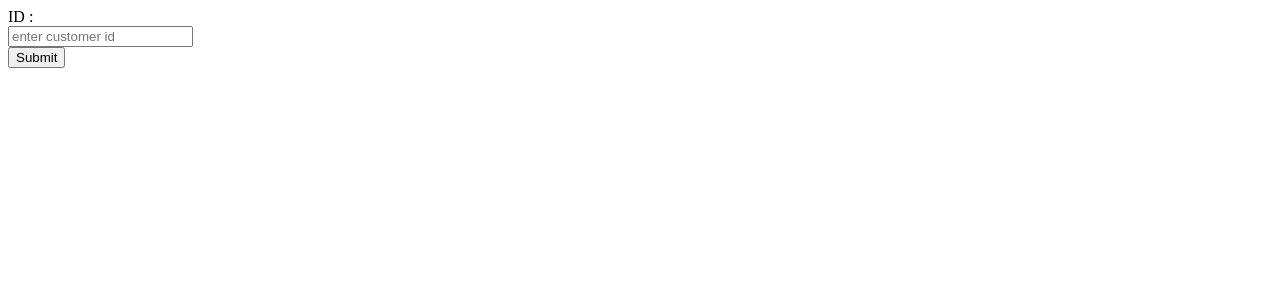
Repository: Sridharreddy597/bcjdecember2016git
Page: http://localhost/restclientAJAX/views/delfrm.jsp
An editor plug-in stored every save of this project. The page is shown before and after the next save, followed by the edit.
The browser window is 1280 px wide. The pictures show the whole page.
Some web libraries are served in a nearby version. The page is served by Tomcat 9. Nobody is signed in. The application's start-up code is not run. Other server files are loaded and not shown.

Above is the page before, as saved 2017-06-16 15:26:18.

### restclientAJAX/src/main/webapp/views/delfrm.jsp
<%@ page language="java" contentType="text/html; charset=ISO-8859-1"
	pageEncoding="ISO-8859-1"%>


<!DOCTYPE html PUBLIC "-//W3C//DTD HTML 4.01 Transitional//EN" "http://www.w3.org/TR/html4/loose.dtd">
<html>
<head>
<meta http-equiv="Content-Type" content="text/html; charset=ISO-8859-1">
<title>Insert title here</title>



<script
	src="https://ajax.googleapis.com/ajax/libs/jquery/3.2.1/jquery.min.js"></script>

</head>
<body>
<div>

	<form commandName="cust" action="delfrm" method="DELETE" id="submitdelForm">
		ID :<br> <input type="text" class="form-control" name="id" id="id"
			placeholder="enter customer id " required> <br> <input
			type="submit" value="Submit">
	</form>
	<div  id="result3"> </div>
</div>

	<script>

		$(document).ready(function() {
		$('#submitdelForm').submit(function(e) {
		e.preventDefault();
		var id1 = $('#id').val();
		console.log(id1);
		$.ajax({contentType : 'application/json; charset=utf-8',
		type : 'DELETE',
		url : '/restclient/delfrm/'+id1,
		success : function() {

	  $("#result3").append(id1+"  deleted successfully  \n");


				},
				error : function() {
							$('#result3').text("Error!");
						}
			});
		});
	});

		/*
			 $(document).ready(function() {

				$('#submitGetForm').submit(function(e) {

					var frm = $('#submitGetForm');
					e.preventDefault();

					var data = {}
					var Form = this;

					//Gather Data also remove undefined keys(buttons)
					$.each(this, function(i, v) {
						var input = $(v);

						data[input.attr("name")] = input.val();
						delete data["undefined"];
					});
					$.ajax({
						contentType : 'application/json; charset=utf-8',
						type : frm.attr('method'),
						url : frm.attr('action'),
						success : function(data) {
							$("#div2").html('');
							var div2Content = '';
							for (var i = 0; i < data.length; i++) {
								div2Content += '<p>' + data[i].Name + '</p>'; // if Name is property of your Person object
							}
							$("#div2").append(div2Content);
						},
						error : function() {
							$(this).text("Error!");
						}
					});
				});
			}); */
	</script>

</body>
</html>

After the next save:
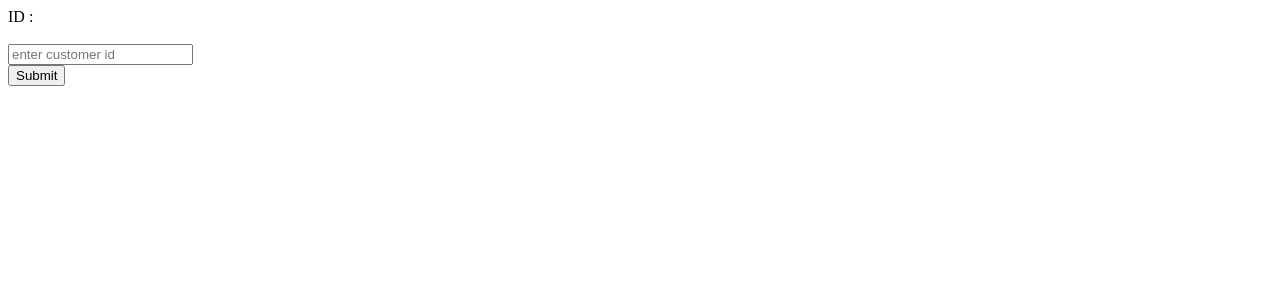
Saved 3 min 23 s later.
--- a/restclientAJAX/src/main/webapp/views/delfrm.jsp
+++ b/restclientAJAX/src/main/webapp/views/delfrm.jsp
@@ -18,7 +18,7 @@
 <div>
 
 	<form commandName="cust" action="delfrm" method="DELETE" id="submitdelForm">
-		ID :<br> <input type="text" class="form-control" name="id" id="id"
+		ID :<br> <br><input type="text" class="form-control" name="id" id="id"
 			placeholder="enter customer id " required> <br> <input
 			type="submit" value="Submit">
 	</form>
